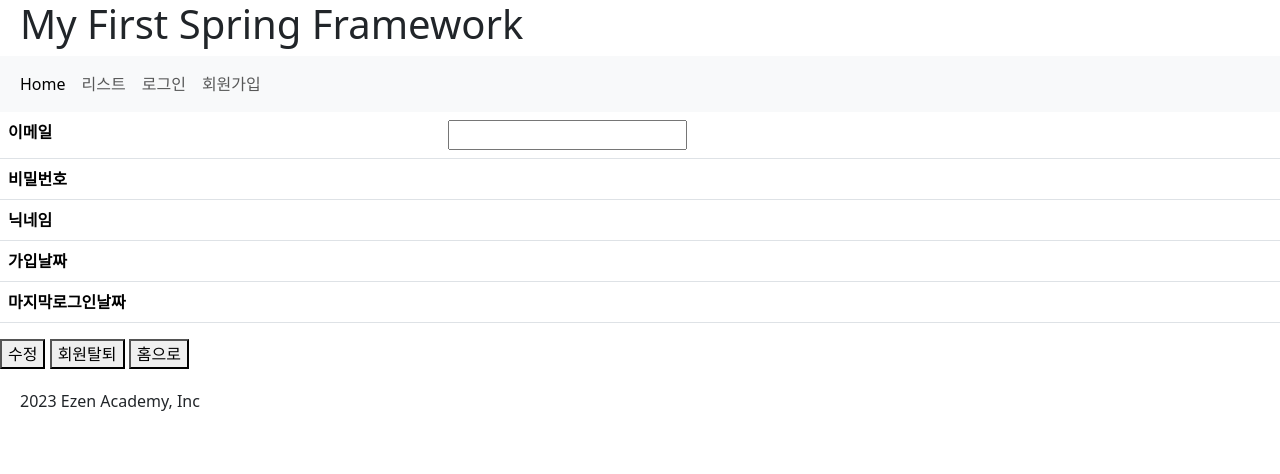
Repository: HongSeungBo/newspring
Page: http://localhost/springProject/WEB-INF/views/member/modify.jsp
An editor plug-in stored every save of this project. The page is shown before and after a run of saves, followed by the edit.
The browser window is 1280 px wide. The pictures show the whole page.
The page is served by Tomcat 9. Nobody is signed in. The template is opened directly, without the code that normally fills it, so the values that code supplies are empty.

Above is the page before, as saved 2023-10-31 07:22:46.
Console error: SyntaxError: Unexpected identifier 'eventDefault'

After the next 2 saves:
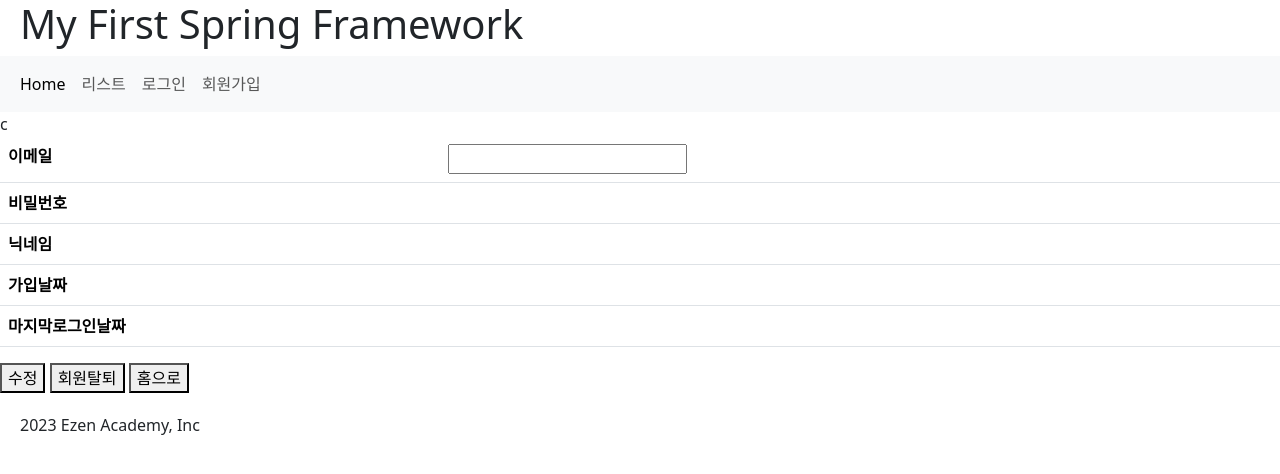
The 2 saves are shown as one change because 1 did not build or start.
The last was saved 43 s later.
--- a/springProject/src/main/webapp/WEB-INF/views/member/modify.jsp
+++ b/springProject/src/main/webapp/WEB-INF/views/member/modify.jsp
@@ -1,5 +1,6 @@
 <%@ page language="java" contentType="text/html; charset=UTF-8"
     pageEncoding="UTF-8"%>
+    <%@ taglib prefix="c" uri="http://java.sun.com/jsp/jstl/core" %>
 <!DOCTYPE html>
 <html>
 <head>
@@ -10,6 +11,7 @@
 <jsp:include page="../common/header.jsp"></jsp:include>
 <jsp:include page="../common/nav.jsp"></jsp:include>
 <form action="/member/modify" method="post">
+c
 	<table class="table">
 		<tr>
 			<th>이메일</th>
